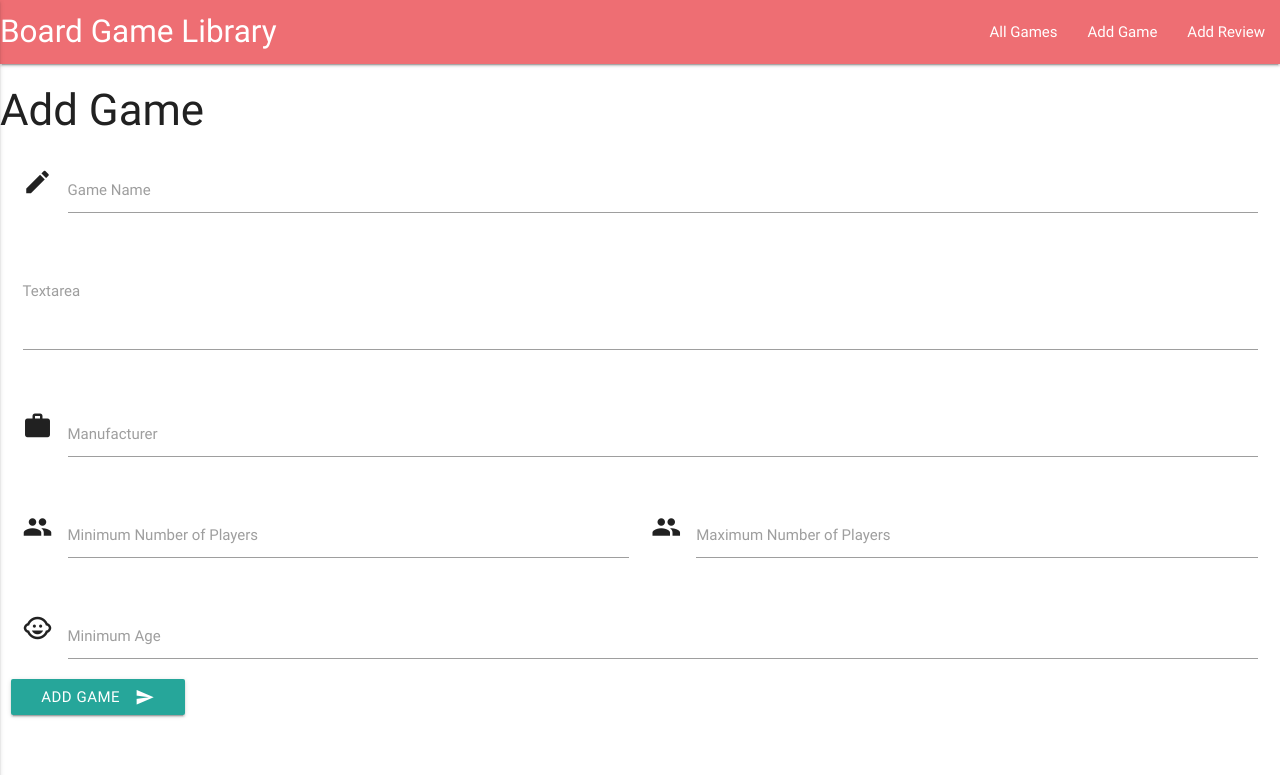
Repository: arcorco/dcd-milestone
Page: http://localhost/add_game
The author's editor kept a record of every edit. The page is drawn from the files as they stood at one moment, then again after the next edit.
The browser window is 1280 px wide. The pictures show the whole page.
Some web libraries are served in a nearby version. The page is served by the project's application, run on Flask 3 (app.py).

Above is the page before.

### templates/addgame.html
{% extends 'base.html'%} {% block content %}

<h3>Add Game</h3>
<div class="row">
  <form action="{{url_for('insert_game')}}" method="POST" class="col s12">
    <div class="row">
      <div class="input-field col s12">
        <i class="material-icons prefix">create</i>
        <input id="game_name" name="game_name" type="text" class="validate">
        <label for="game_name">Game Name</label>
      </div>
      </div>
      <div class="row">
        <div class="input-field col s12">
          <textarea id="textarea1" class="materialize-textarea"></textarea>
          <label for="textarea1">Textarea</label>
        </div>
      </div>
      <div class="row">
      <div class="input-field col s12">
        <i class="material-icons prefix">work</i>
        <input id="manufacturer" name="manufacturer" type="text" class="validate">
        <label for="manufacturer">Manufacturer</label>
      </div>
      </div>
      <div class="row">
      <div class="input-field col s6">
        <i class="material-icons prefix">group</i>
        <input name="number_of_players_min" id="number_of_players_min" type="text" class="validate">
        <label for="number_of_players_min">Minimum Number of Players</label>
      </div>

      <div class="input-field col s6">
        <i class="material-icons prefix">group</i>
        <input id="number_of_players_max" name="number_of_players_max" type="text" class="validate">
        <label for="number_of_players_max">Maximum Number of Players</label>
      </div>
      </div>
      <div class="row">
      <div class="input-field col s12">
        <i class="material-icons prefix">child_care</i>
        <input id="age_range" name="age_range" type="text" class="validate">
        <label for="age_range">Minimum Age</label>
      </div>
      <div class="row">
        <button class="btn waves-effect waves-light" type="submit">Add Game
    <i class="material-icons right">send</i>
  </button>
      </div>
    </div>
  </form>
</div>

{% endblock %}

### templates/base.html
<!DOCTYPE html>
<html>

<head>
    <link href="https://fonts.googleapis.com/icon?family=Material+Icons" rel="stylesheet">
    <link rel="stylesheet" href="https://cdnjs.cloudflare.com/ajax/libs/materialize/0.100.2/css/materialize.min.css">
    <link rel="stylesheet" type="text/css" href="//cdn.jsdelivr.net/npm/slick-carousel@1.8.1/slick/slick.css" />
    <link rel="stylesheet" href="{{url_for('static', filename='css/style.css')}}" type="text/css" />
</head>

<body>
    <header>
        <nav>
            <div class="nav-wrapper">
                <a href="#" class="brand-logo">Board Game Library</a>
                <a href="#" data-activates="mobile-demo" class="button-collapse"><i class="material-icons">menu</i></a>
                <ul id="nav-mobile" class="right hide-on-med-and-down">
                    <li><a href="{{url_for('get_games')}}">All Games</a></li>
                    <li><a href="{{url_for('add_game')}}">Add Game</a></li>
                    <li><a href="{{url_for('add_review')}}">Add Review</a></li>
                </ul>

                <ul class="side-nav" id="mobile-demo">
                    <li><a href="{{url_for('get_games')}}">All Games</a></li>
                    <li><a href="{{url_for('add_game')}}">Add Game</a></li>
                    <li><a href="{{url_for('add_review')}}">Add Review</a></li>
                </ul>
            </div>
        </nav>
    </header>
    {% block content %} {% endblock %}

    <script src="https://cdnjs.cloudflare.com/ajax/libs/jquery/3.2.1/jquery.min.js"></script>
    <script src="https://cdnjs.cloudflare.com/ajax/libs/materialize/0.100.2/js/materialize.min.js"></script>
    <script type="text/javascript" src="//cdn.jsdelivr.net/npm/slick-carousel@1.8.1/slick/slick.min.js"></script>
    <script type="text/javascript">
        $(document).ready(function() {
            $('.game-carousel').slick({});

            $('input#game_description').characterCounter();

            $('select').material_select();

            $('.button-collapse').sideNav();

            $('.materialboxed').materialbox();

        });
    </script>
</body>

</html>

### app.py
import os
from flask import Flask, render_template, redirect, request, url_for
from flask_pymongo import PyMongo
from bson.objectid import ObjectId

app = Flask(__name__)

app.config["MONGO_DNAME"] = 'game_review'
app.config["MONGO_URI"] = 'mongodb+srv://first_user:WG9zKqgDwfDTHNa@myfirstcluster-74ub4.mongodb.net/game_review?retryWrites=true&w=majority'
#environment variable for username and password

mongo = PyMongo(app)

@app.route('/')

@app.route('/file/<filename>')
def file(filename):
    return mongo.send_file(filename)

@app.route('/get_games')
def get_games():
    return render_template('games.html', games=mongo.db.games.find())

@app.route('/add_game')
def add_game():
    return render_template('addgame.html')

@app.route('/insert_game', methods=['POST'])
def insert_game():
    if 'game_image' in request.files:
        game_image = request.files['game_image']
        mongo.save_file(game_image.filename, game_image)
    games = mongo.db.games
    new_game = request.form.to_dict()
    min_players = new_game.get("number_of_players_min")
    max_players = new_game.get("number_of_players_max")
    min_age = new_game.get("age_range")
    age = "%s+" % min_age
    players = "%s-%s" % (min_players, max_players)
    new_game.update( {'number_of_players' : players} )
    new_game.update( {'age_range' : age} )
    new_game.update( {'game_image_name' : game_image.filename})
    games.insert_one(new_game)
    return redirect(url_for('get_games'))

@app.route('/edit_game/<game_id>')
def edit_game(game_id):
    the_game = mongo.db.games.find_one({"_id": ObjectId(game_id)})
    return render_template('editgame.html', game=the_game)

@app.route('/update_game/<game_id>', methods=["POST"])
def update_game(game_id):
    if 'game_image' in request.files:
        game_image = request.files['game_image']
        mongo.save_file(game_image.filename, game_image)
        games.update({'_id': ObjectId(game_id)},
        )
    games = mongo.db.games
    updated_game = request.form.to_dict()
    games.update( {'_id': ObjectId(game_id)},
    {
        'game_name':request.form.get('game_name'),
        'game_description':request.form.get('game_description'),
        'manufacturer':request.form.get('manufacturer'),
        'number_of_players_min':request.form.get('number_of_players_min'),
        'number_of_players_max':request.form.get('number_of_players_max'),
        'number_of_players':"%s-%s" % (request.form.get('number_of_players_min'), request.form.get('number_of_players_max')),
        'age_range': "%s+" % (request.form.get('age_range')),
        'game_image_name' : game_image.filename
    })
    return redirect(url_for('get_games'))

@app.route('/delete_game/<game_id>')
def delete_game(game_id):
    mongo.db.games.remove({'_id': ObjectId(game_id)})
    return redirect(url_for('get_games'))

@app.route('/get_reviews')
def get_reviews():
    return render_template('reviews.html', reviews=mongo.db.reviews.find())

@app.route('/add_review')
def add_review():
    return render_template('addreview.html', games=mongo.db.games.find())

@app.route('/insert_review', methods=['POST'])
def insert_review():
    reviews = mongo.db.reviews
    new_review = request.form.to_dict()
    recommended = new_review.get("recommended")
    if recommended == "on":
        new_review.update( {'recommended' : 'Yes'} )
    else:
        new_review.update( {'recommended' : 'No' })
    reviews.insert_one(new_review)
    return redirect(url_for('get_reviews'))

@app.route('/edit_review/<review_id>')
def edit_review(review_id):
    the_review = mongo.db.reviews.find_one({"_id": ObjectId(review_id)})
    return render_template('editreview.html', review=the_review, games=mongo.db.games.find())

@app.route('/update_review/<review_id>', methods=["POST"])
def update_review(review_id):
    reviews = mongo.db.reviews
    updated_review = request.form.to_dict()
    recommended = updated_review.get("recommended")
    if recommended == "on":
        reviews.update({'_id':ObjectId(review_id)},
        {
            'game_name':request.form.get('game_name'),
            'review':request.form.get('review'),
            'rating':request.form.get('rating'),
            'recommended': "Yes"
        })
    else:
        reviews.update({'_id':ObjectId(review_id)},
        {
            'game_name':request.form.get('game_name'),
            'review':request.form.get('review'),
            'rating':request.form.get('rating'),
            'recommended': "No"
        })
    return redirect(url_for('get_reviews'))

@app.route('/delete_review/<review_id>')
def delete_review(review_id):
    mongo.db.reviews.remove({'_id': ObjectId(review_id)})
    return redirect(url_for('get_reviews'))

if __name__ == "__main__":
    app.run(host=os.environ.get('IP'),
            port=int(os.environ.get('PORT')),
            debug=True)

Loaded but not shown: static/css/style.css (common file)

After the next edit:
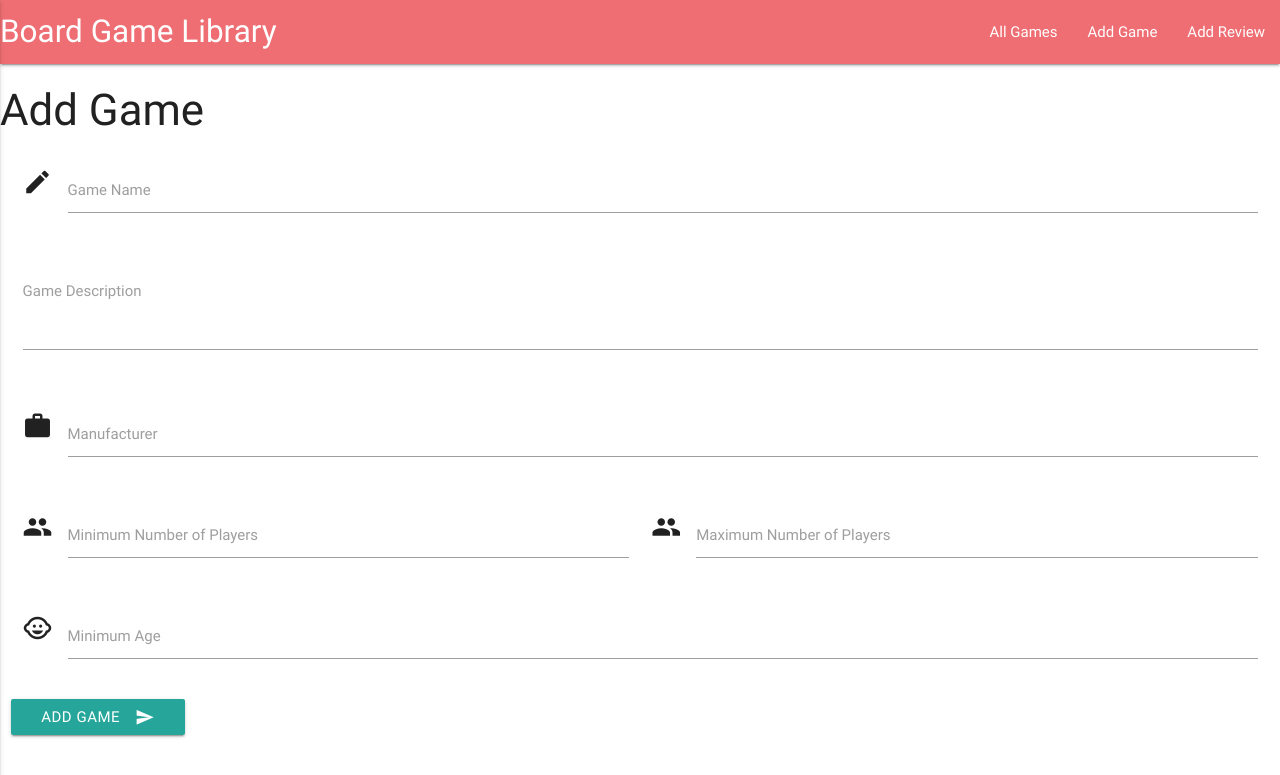
The edit:
--- a/templates/addgame.html
+++ b/templates/addgame.html
@@ -9,21 +9,21 @@
         <input id="game_name" name="game_name" type="text" class="validate">
         <label for="game_name">Game Name</label>
       </div>
+    </div>
+    <div class="row">
+      <div class="input-field col s12">
+        <textarea id="game_description" class="materialize-textarea"></textarea>
+        <label for="game_description">Game Description</label>
       </div>
-      <div class="row">
-        <div class="input-field col s12">
-          <textarea id="textarea1" class="materialize-textarea"></textarea>
-          <label for="textarea1">Textarea</label>
-        </div>
-      </div>
-      <div class="row">
+    </div>
+    <div class="row">
       <div class="input-field col s12">
         <i class="material-icons prefix">work</i>
         <input id="manufacturer" name="manufacturer" type="text" class="validate">
         <label for="manufacturer">Manufacturer</label>
       </div>
-      </div>
-      <div class="row">
+    </div>
+    <div class="row">
       <div class="input-field col s6">
         <i class="material-icons prefix">group</i>
         <input name="number_of_players_min" id="number_of_players_min" type="text" class="validate">
@@ -35,20 +35,21 @@
         <input id="number_of_players_max" name="number_of_players_max" type="text" class="validate">
         <label for="number_of_players_max">Maximum Number of Players</label>
       </div>
-      </div>
-      <div class="row">
+    </div>
+    <div class="row">
       <div class="input-field col s12">
         <i class="material-icons prefix">child_care</i>
         <input id="age_range" name="age_range" type="text" class="validate">
         <label for="age_range">Minimum Age</label>
       </div>
-      <div class="row">
-        <button class="btn waves-effect waves-light" type="submit">Add Game
+    </div>
+    <div class="row">
+      <button class="btn waves-effect waves-light" type="submit">Add Game
     <i class="material-icons right">send</i>
   </button>
-      </div>
     </div>
-  </form>
+</div>
+</form>
 </div>
 
 {% endblock %}
